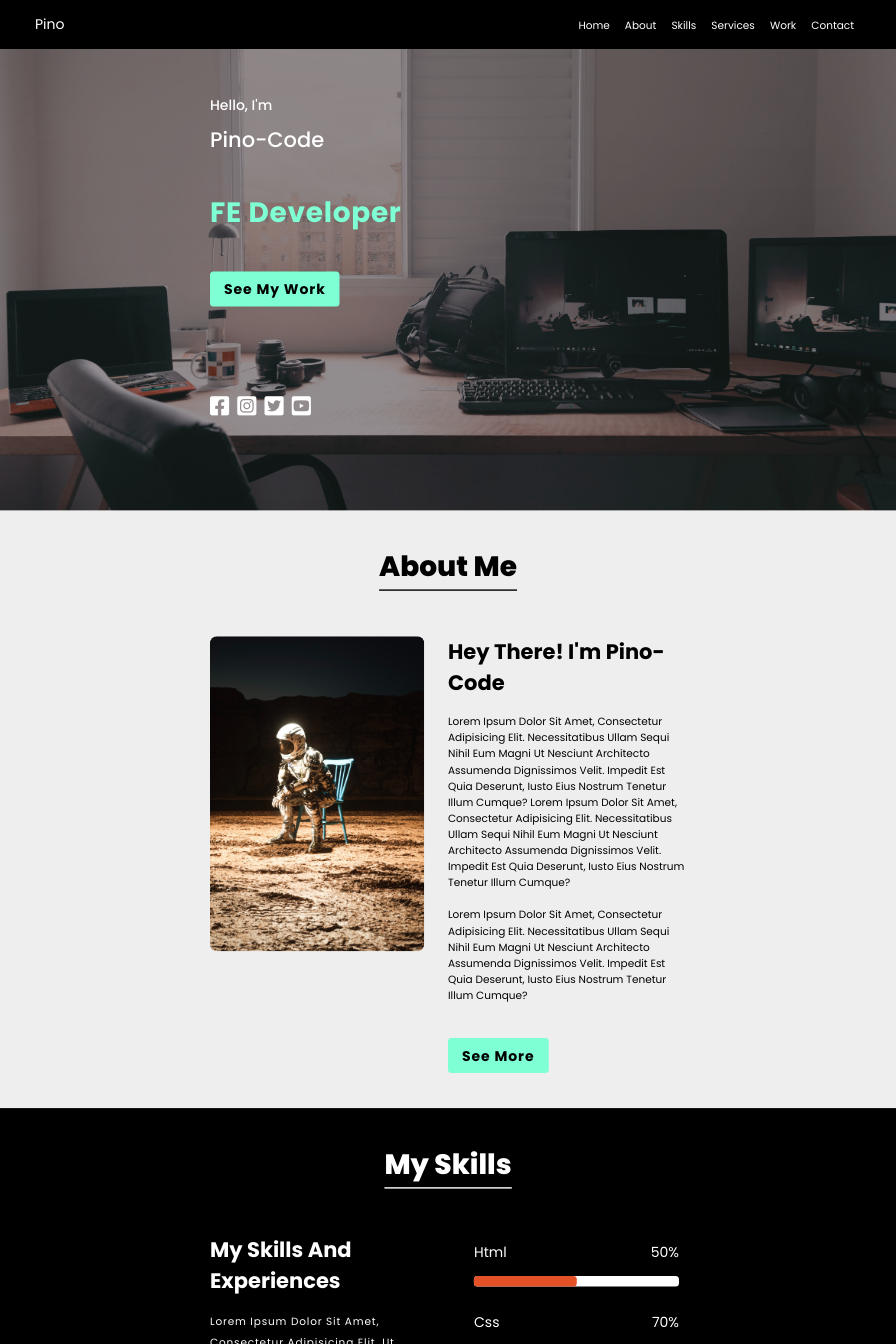
Repository: Pinocoding/New
Page: index.html
The author's editor kept a copy of each file at every save. The page is drawn from the files as they stood at one save, then again after the next save.
The browser window is 1280 px wide. The pictures show the part of the page from y = 0 to 1920 px (the page is 7589 px tall), at 70% of full size.
Backgrounds fixed to the window are drawn as part of the page.

Above is the page before, as saved 2021-10-16 13:38:27.
Console error (its wording comes from the project's code and is left out).

### index.html
<!DOCTYPE html>
<html lang="en">
<head>
  <meta charset="UTF-8">
  <meta http-equiv="X-UA-Compatible" content="IE=edge">
  <meta name="viewport" content="width=device-width, initial-scale=1.0">
  <title>Document</title>
  <link rel="stylesheet" href="style.css">
  <link rel="stylesheet" href="https://cdnjs.cloudflare.com/ajax/libs/font-awesome/6.0.0-beta2/css/all.min.css" integrity="sha512-YWzhKL2whUzgiheMoBFwW8CKV4qpHQAEuvilg9FAn5VJUDwKZZxkJNuGM4XkWuk94WCrrwslk8yWNGmY1EduTA==" crossorigin="anonymous" referrerpolicy="no-referrer" />


</head>
<body>
  <!-- scrollt to top button -->
  <div class="scrollToTop-btn">
    <i class="fas fa-angle-up"></i>
  </div>
  <!-- header -->
  <header>
    <a href="#main" class="brand">Pino</a>
    <div class="menu-btn"></div>
    <div class="navigation">
        <a href="#main">home</a>
        <a href="#about">About</a>
        <a href="#skills">Skills</a>
        <a href="#services">Services</a>
        <a href="#work">Work</a>
        <a href="#contact">Contact</a>
    </div>
  </header>
  <!--  -->
  <!-- section main  -->
  <section class="main">
    <div class="layout"></div>
    <div class="content">
    <h2>hello, I'm<br><span>Pino-code</span></h2>
    <div class="animated-text">
      <h3>FE developer</h3>
      <h3>Best Yasuo TT 7</h3>
      <h3>Best NoVo CS GO</h3>
    </div>
    <a href="#about" class="btn">see my work</a>
    <div class="media-icon">
      <a href="#"><i class="fab fa-facebook-square"></i></a>
      <a href="#"><i class="fab fa-instagram-square"></i></a>
      <a href="#"><i class="fab fa-twitter-square"></i></a>
      <a href="#"><i class="fab fa-youtube-square"></i></a>
    </div>
  </div>

  </section>
  <!--  -->
  <!-- section about -->
  <section class="about" id="about">
    <!-- title -->
    <div class="title">
      <h2 class="section-title">
        about me
      </h2>
    </div>
    <!--  -->
    <!-- content -->
    <div class="content">
      <div class="column col-left">
        <div class="img-card">
          <img src="/img/002.jpg" alt="">
        </div>
      </div>
      <div class="column col-right">
        <h2 class="content-title">Hey there! i'm pino-code</h2>
        <p>Lorem ipsum dolor sit amet, consectetur adipisicing elit. Necessitatibus ullam sequi nihil eum magni ut nesciunt architecto assumenda dignissimos velit. Impedit est quia deserunt, iusto eius nostrum tenetur illum cumque?
          Lorem ipsum dolor sit amet, consectetur adipisicing elit. Necessitatibus ullam sequi nihil eum magni ut nesciunt architecto assumenda dignissimos velit. Impedit est quia deserunt, iusto eius nostrum tenetur illum cumque?
          <br>
          <br>
          Lorem ipsum dolor sit amet, consectetur adipisicing elit. Necessitatibus ullam sequi nihil eum magni ut nesciunt architecto assumenda dignissimos velit. Impedit est quia deserunt, iusto eius nostrum tenetur illum cumque?
        </p>
        <a href="#about" class="btn">See more</a>
      </div>
    </div>
      <!--  -->


    </section>
    <!--  -->

        <!-- section skills -->
    <section class="skills" id="skills">
      <div class="title">
        <h2 class="section-title">
          my skills
        </h2>
      </div>
      <div class="content">
        <div class="column col-left">
          <h2 class="content-title">
            my skills and experiences</h2>
            <p>Lorem ipsum dolor sit amet, consectetur adipisicing elit. Ut amet doloremque ratione quam quos dolores nesciunt nam eaque esse cum obcaecati voluptas unde, magnam mollitia ducimus libero! Ducimus, fugiat recusandae.<br>
            Lorem ipsum dolor sit amet consectetur, adipisicing elit. Voluptas quia expedita omnis perspiciatis, similique voluptates doloribus error odio vitae voluptatem pariatur repellat reiciendis laudantium, autem minus ad placeat facere accusantium?</be></p>
            <a href="#" class="btn">see more</a>
        </div>

      <div class="column col-right">
        <div class="bar">
          <div class="infor">
            <span>html</span>
            <span>50%</span>
          </div>
          <div class="line html"></div>
        </div>
        <div class="bar">
          <div class="infor">
            <span>css</span>
            <span>70%</span>
          </div>
          <div class="line css"></div>
        </div>
        <div class="bar">
          <div class="infor">
            <span>javascript</span>
            <span>20%</span>
          </div>
          <div class="line javascript"></div>
        </div>
        <div class="bar">
          <div class="infor">
            <span>jquery</span>
            <span>20%</span>
          </div>
          <div class="line jquery"></div>
        </div>
      </div>

      </div>
    </section>
    <!--  -->
    <!-- section services -->
<section class="services" id="services">
  <div class="title">
    <h2 class="section-title">
      my services
    </h2>
    <p>Lorem ipsum dolor sit amet consectetur adipisicing elit. Quasi, iusto. Odio tempore maxime minus nihil est nemo, impedit libero ipsa dolorem voluptatibus sed voluptatum, porro deserunt, sapiente tempora quae dolorum.</p>
  </div>
  <div class="content">
    <div class="card">
      <div class="service-icon">
        <i class='fas fa-palette'></i>
      </div>
      <div class="infor">
        <h3>web design</h3>
        <p>Lorem ipsum dolor sit amet consectetur adipisicing elit. Voluptate quibusdam debitis, ratione assumenda laudantium ullam fuga quos eos beatae commodi fugit a .

        </p>
      </div>

    </div>
    <div class="card">
      <div class="service-icon">
        <i class='far fa-file-code'></i>
      </div>
      <div class="infor">
        <h3>web development</h3>
        <p>Lorem ipsum dolor sit amet consectetur adipisicing elit. Voluptate quibusdam debitis, ratione assumenda laudantium ullam fuga quos eos beatae commodi fugit a . </p>
      </div>

    </div>
    <div class="card">
      <div class="service-icon">
        <i class='far fa-object-group'></i>
      </div>
      <div class="infor">
        <h3>motion graphic design</h3>
        <p>Lorem ipsum dolor sit amet consectetur adipisicing elit. Voluptate quibusdam debitis, ratione assumenda laudantium ullam fuga quos eos beatae commodi fugit a .</p>
      </div>

    </div>
  </div>


</section>
<!--  -->
<!-- section work  -->
<section class="work" id="work">
  <div class="title">
    <div class="section-title">my work</div>
  </div>
  <div class="content">
    <div class="card">
      <div class="card-img">
        <img src="/img/1.jpg" alt="">
      </div>
    </div>
    <div class="card">
      <div class="card-img">
        <img src="/img/2.jpg" alt="">
      </div>
    </div>
    <div class="card">
      <div class="card-img">
        <img src="/img/3.jpg" alt="">
      </div>
    </div>
    <div class="card">
      <div class="card-img">
        <img src="/img/4.jpg" alt="">
      </div>
    </div>
    <div class="card">
      <div class="card-img">
        <img src="/img/5.jpg" alt="">
      </div>
    </div>
    <div class="card">
      <div class="card-img">
        <img src="/img/boy.jpg" alt="">
      </div>




    </div>
    <div class="title">
      <a href="#" class="btn">See All</a>
    </div>



  </div>

</section>
<!--  -->

<!-- contact -->
<section class="contact" id="contact">
  <div class="title">
    <h2 class="section-title">
      contact Me
    </h2>
  </div>
  <div class="content">
    <div class="row">
      <div class="card">
        <div class="contact-icon">
          <i class="fas fa-map-marker-alt"></i>

        </div>
        <div class="infor">
          <h3>address</h3>
          <span>addess,city,country</span>
        </div>
        </div>
        <div class="card">
          <div class="contact-icon">
            <i class="fas fa-phone"></i>

          </div>
          <div class="infor">
            <h3>phone</h3>
            <span>+000000000</span>
          </div>
        </div>
          <div class="card">
            <div class="contact-icon">
              <i class="far fa-envelope"></i>

            </div>
            <div class="infor">
              <h3>email address</h3>
              <span>contact@email.com</span>
            </div>
          </div>
          <di class="card">
            <div class="contact-icon">
              <i class="fas fa-globe"></i>

            </div>
            <div class="infor">
              <h3>website</h3>
              <span>my website.com</span>
            </div>
          </di v>
    </div>
    <!-- quan trọng [form] -->
    <div class="row">
      <div class="contact-form">
        <h3>Send Message</h3>
        <div class="input-box">
          <input type="text" name="" value="" placeholder="Name">
        </div>
        <div class="input-box">
          <input type="text" name="" value="" placeholder="Email">
        </div>
        <div class="input-box">
          <textarea name="name" rows="8" cols="80" placeholder="Message"></textarea>
        </div>
        <div class="input-box">
          <input type="submit" class="send-btn" name="" value="send">
        </div>
      </div>

    </div>


</section>
<!--  -->
<!--  -->
<footer class="footer">
  <span class="footer-title">
    pino-code
  </span>
<p>copyright @2021 <a href="#">Pino-code</a> .All rights reserved</p>
</footer>
  <script
  src="https://code.jquery.com/jquery-3.6.0.js"
  integrity="sha256-H+K7U5CnXl1h5ywQfKtSj8PCmoN9aaq30gDh27Xc0jk="
  crossorigin="anonymous"></script>
  <script src="function.js"></script>
</body>
</html>

### function.js
// js for navication bar on scroll
window.addEventListener("scroll", function () {
  const header = document.querySelector("header");
  header.classList.toggle("sticky", window.scrollY > 0);
});

//  js for  menubtn $ navigation bar
const menuBtn = document.querySelector(".menu-btn");
const navigation = document.querySelector(".navigation");

menuBtn.addEventListener("click", () => {
  menuBtn.classList.toggle("active");
  navigation.classList.toggle("active");
});

const navigationItems = document.querySelectorAll(".navigation a");

navigationItems.forEach((navigationItem) => {
  navigationItem.addEventListener("click", () => {
    menuBtn.classList.remove("active");
    navigation.classList.remove("active");
  });
});
//
const scrollBtn = document.querySelector()

Loaded but not shown: style.css (692 lines, source omitted)

After the next save:
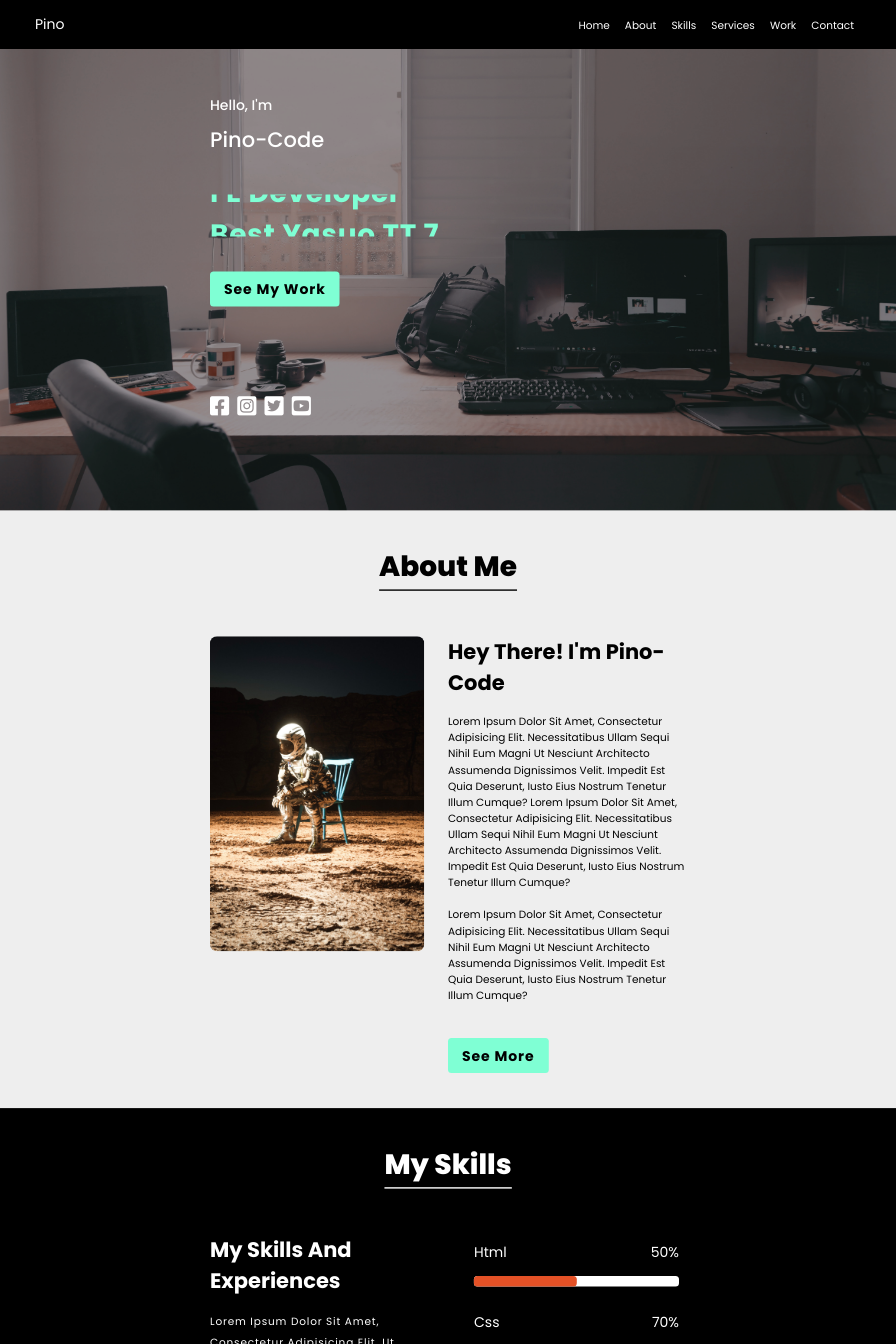
Console error: SyntaxError: Invalid or unexpected token
Saved 10 s later.
--- a/function.js
+++ b/function.js
@@ -22,4 +22,4 @@
   });
 });
 //
-const scrollBtn = document.querySelector()
+const scrollBtn = document.querySelector("scrollToTop-btn')

After the save that followed:
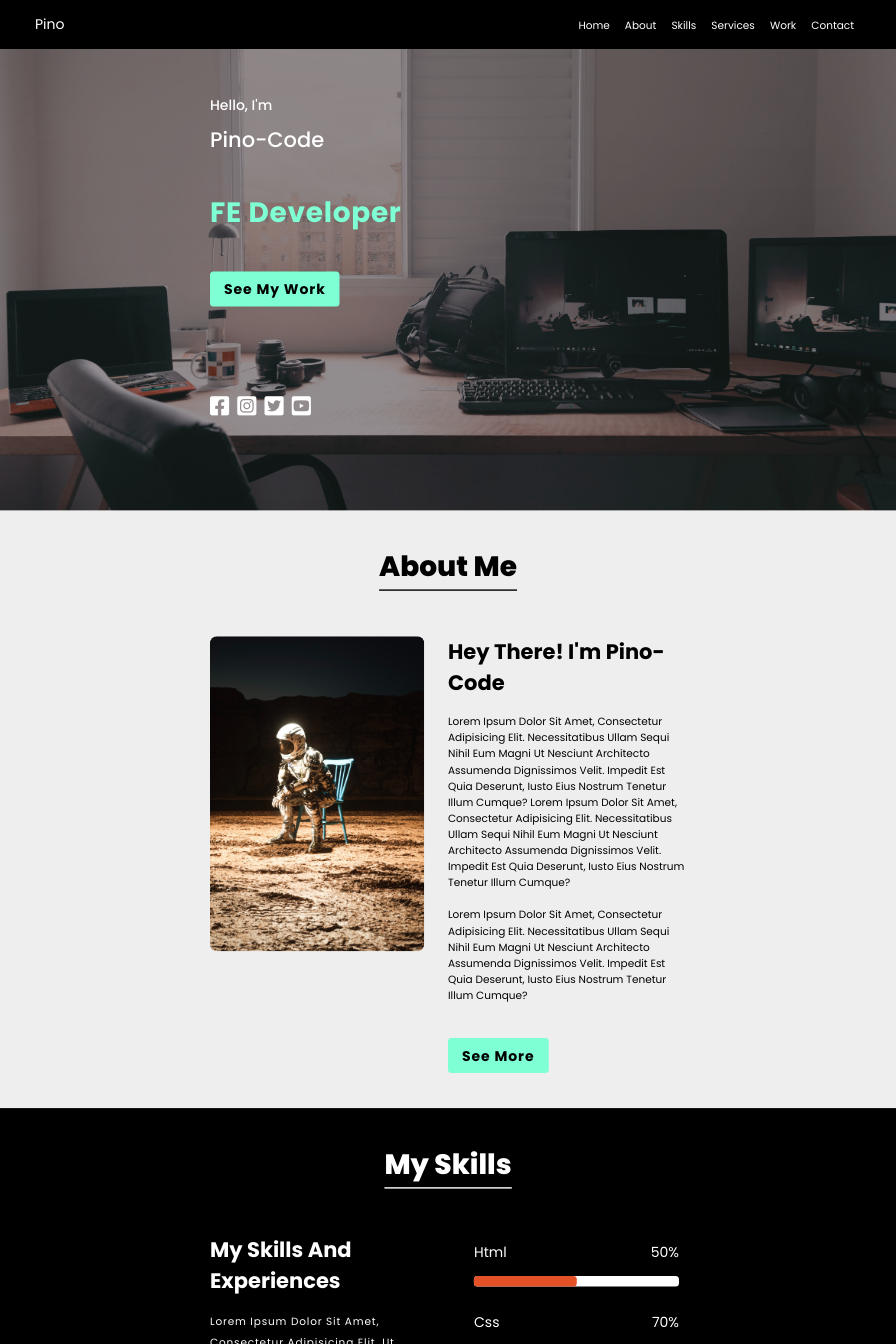
The error is gone.
Saved 8 s later.
--- a/function.js
+++ b/function.js
@@ -22,4 +22,4 @@
   });
 });
 //
-const scrollBtn = document.querySelector("scrollToTop-btn')
+const scrollBtn = document.querySelector("scrollToTop-btn")
